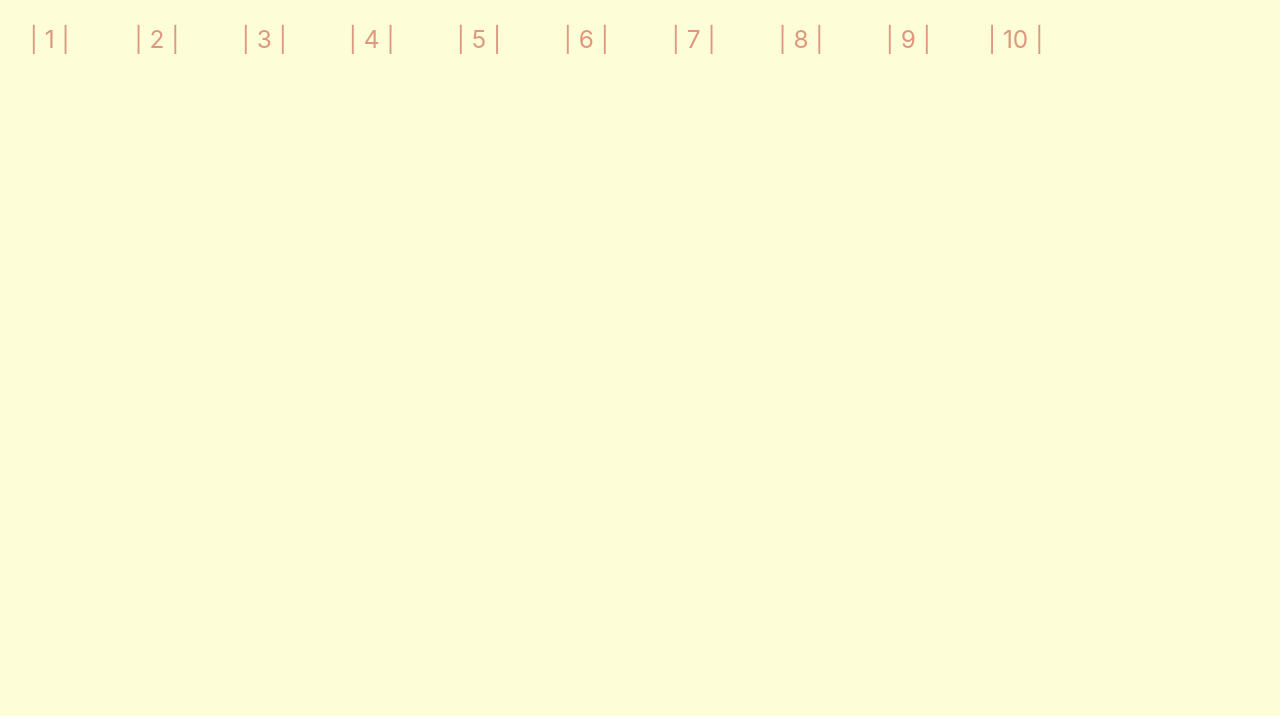
Repository: ghbamorim/megasenaapi
Page: / (app in mega-sena-client/)
These files come from the project's save history. The page is drawn as it stood at one moment and after the next save; the edit follows.
The browser window is 1280 px wide. The page is 1284 px wide, so the pictures cover 1284 px, including what lies to the right of the window. The pictures show the whole page.
The project was rebuilt for these pictures with package versions that can differ from the ones it lists, and the page was loaded fresh each time. Also part of the build but not shown: mega-sena-client/src/App.css.

Above is the page before, as saved 2021-09-12 09:43:09.

After the next save:
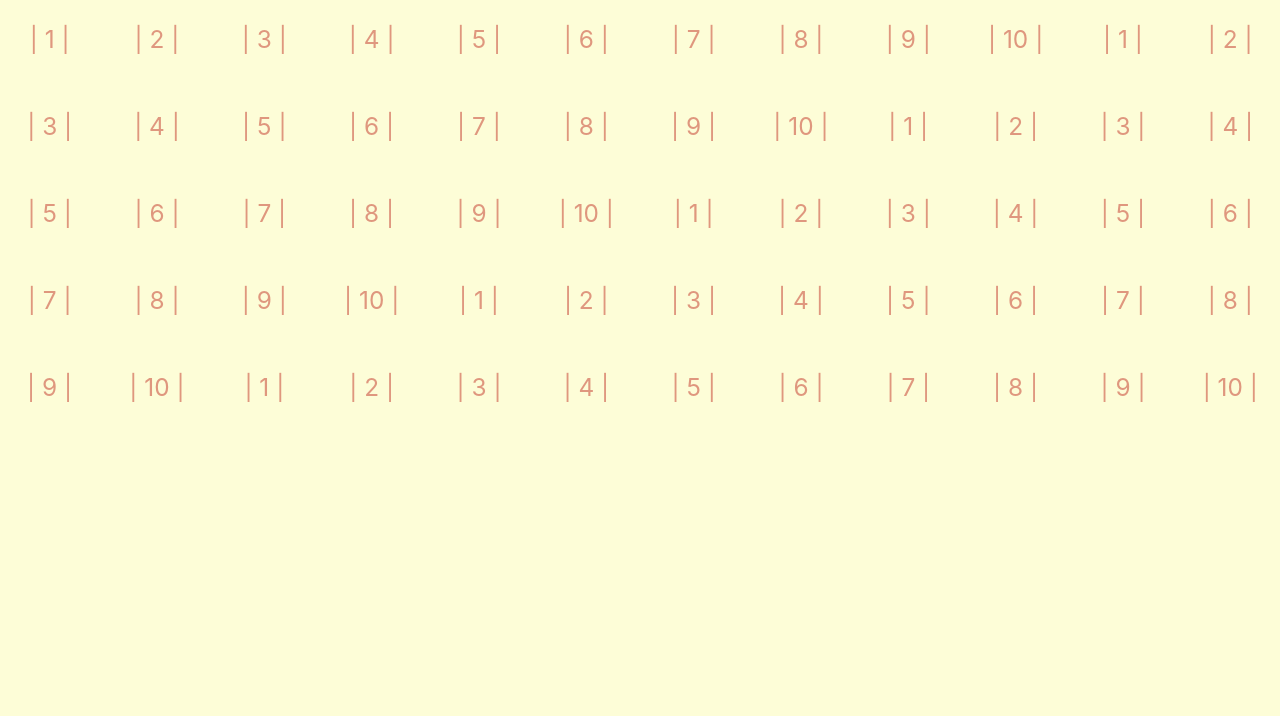
Saved 38 s later.
--- a/mega-sena-client/src/App.tsx
+++ b/mega-sena-client/src/App.tsx
@@ -31,7 +31,9 @@ function App() {
       <header className={classes.AppHeader}>
         <div>
           <Grid container spacing={1}>
-            <Row />
+            {rows.map((i) => {
+              return <Row />;
+            })}
           </Grid>
         </div>
       </header>
